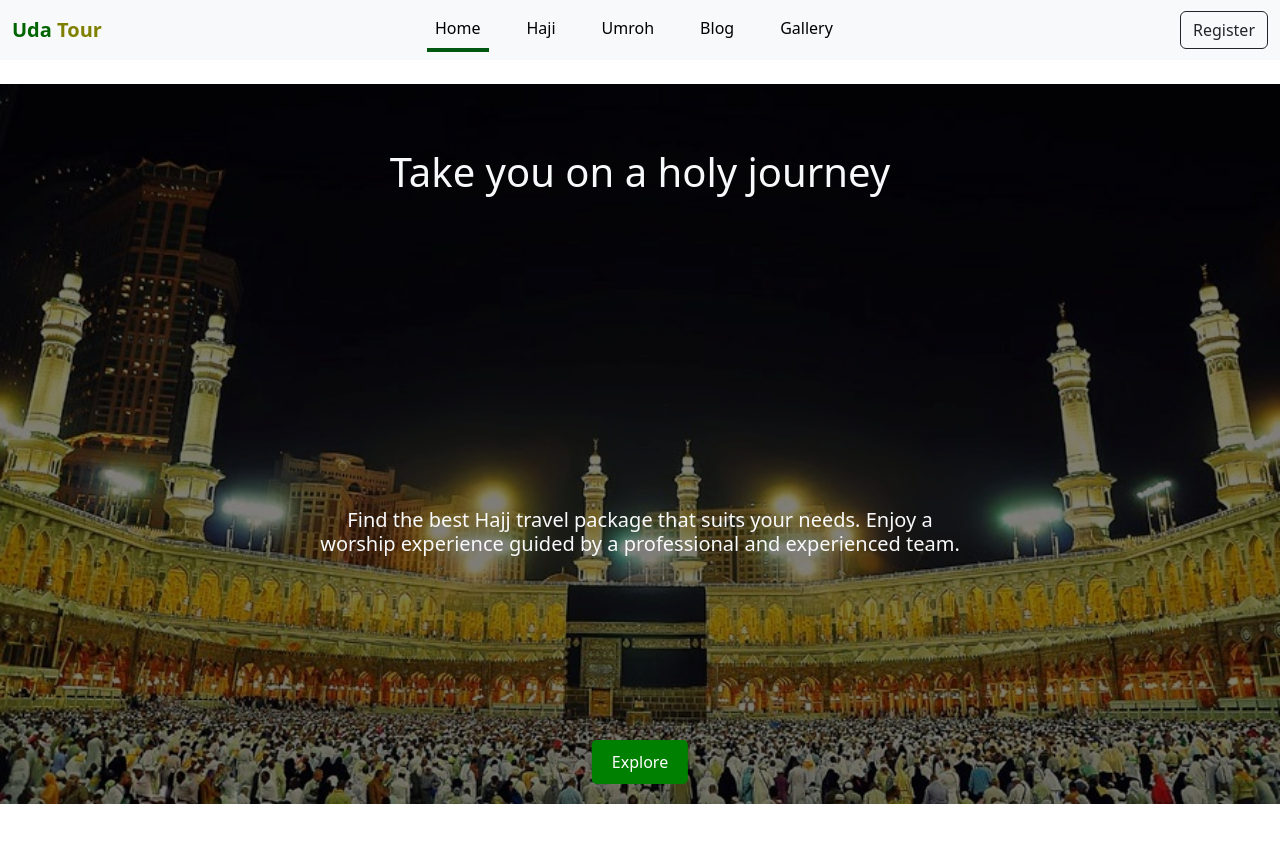
Repository: Putrabobi/Task7
Page: index.html
These files come from the project's save history. The page is drawn as it stood at one moment and after the next save; the edit follows.
The browser window is 1280 px wide. The pictures show the whole page.

Above is the page before, as saved 2024-03-25 11:04:26.

After the next save:
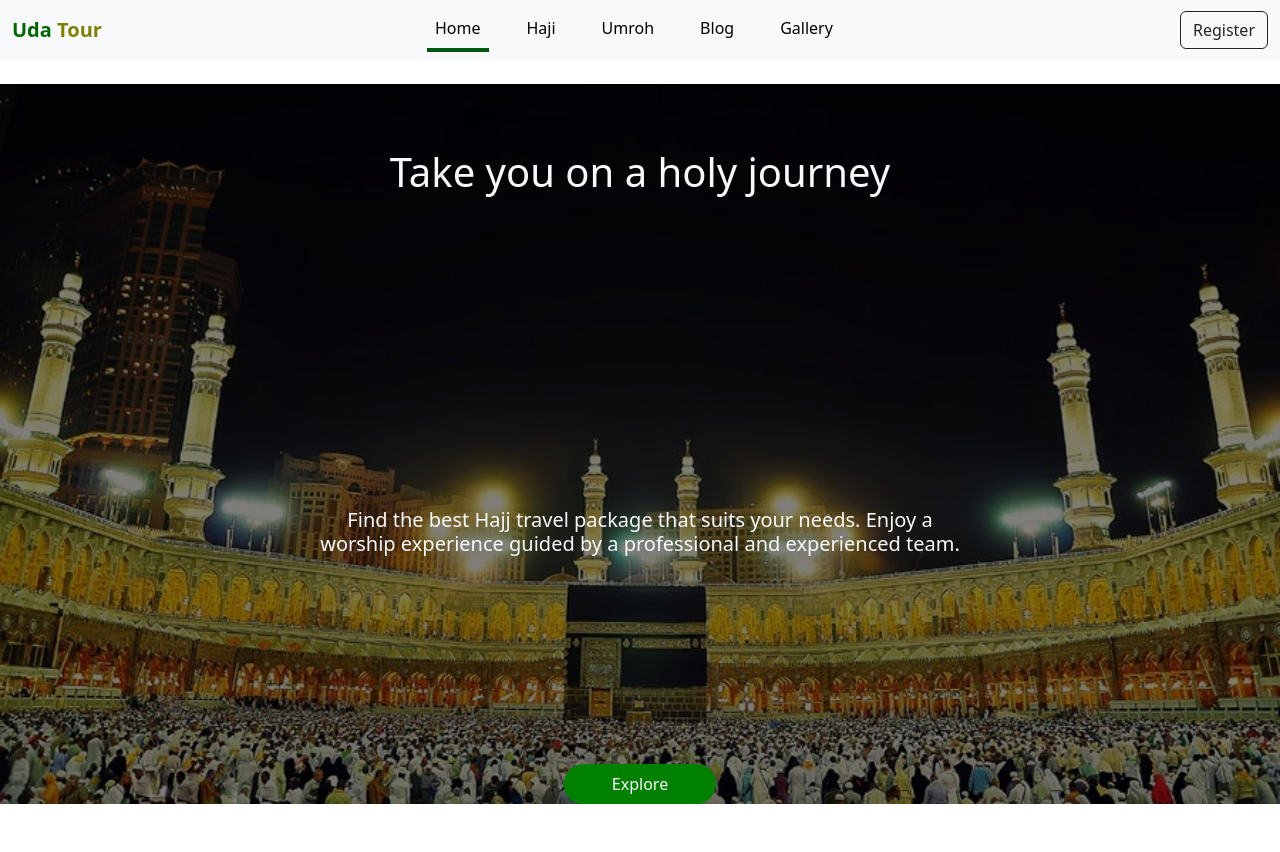
Saved 15 s later.
--- a/index.html
+++ b/index.html
@@ -51,7 +51,7 @@
         <img src="images/mekkah.jpg" style="filter: brightness(50%);" alt="Mekkah" width="100%">
         <h1 class="position-absolute top-0 start-50 translate-middle-x text-light" style="margin-top: 5%;">Take you on a holy journey</h1>
         <h5 class="position-absolute top-50 start-50 translate-middle-x text-light" style="margin-top: 5%;">Find the best Hajj travel package that suits your needs. Enjoy a worship experience guided by a professional and experienced team.</h5>
-        <button type="button" class="" style="position: absolute; bottom: 20px; left: 50%; transform: translateX(-50%); background-color: green; color: white; padding: 10px 20px; border: none; border-radius: 5px; cursor: pointer;">Explore</button>
+        <button type="button" class="btn text-light px-5 py-2 rounded-5 position-absolute bottom-0 start-50 translate-middle-x" style="position: absolute; bottom: 20px; left: 50%; transform: translateX(-50%); background-color: green; color: white; padding: 10px 20px; border: none; border-radius: 5px; cursor: pointer;">Explore</button>
     </div>
 
 

After the 2 saves that followed:
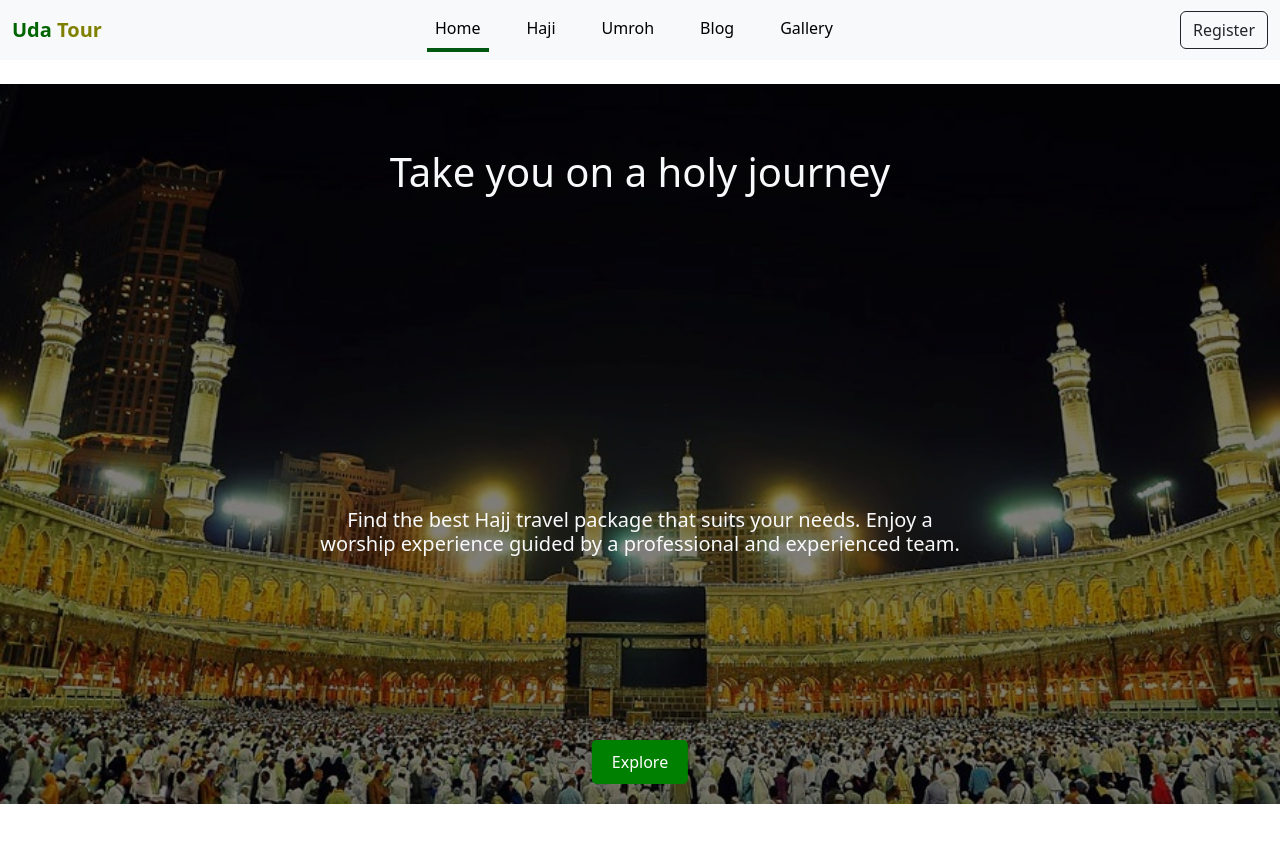
The 2 saves are shown as one change because they came seconds apart.
The last was saved 13 s later.
--- a/index.html
+++ b/index.html
@@ -51,7 +51,7 @@
         <img src="images/mekkah.jpg" style="filter: brightness(50%);" alt="Mekkah" width="100%">
         <h1 class="position-absolute top-0 start-50 translate-middle-x text-light" style="margin-top: 5%;">Take you on a holy journey</h1>
         <h5 class="position-absolute top-50 start-50 translate-middle-x text-light" style="margin-top: 5%;">Find the best Hajj travel package that suits your needs. Enjoy a worship experience guided by a professional and experienced team.</h5>
-        <button type="button" class="btn text-light px-5 py-2 rounded-5 position-absolute bottom-0 start-50 translate-middle-x" style="position: absolute; bottom: 20px; left: 50%; transform: translateX(-50%); background-color: green; color: white; padding: 10px 20px; border: none; border-radius: 5px; cursor: pointer;">Explore</button>
+        <button type="button" style="position: absolute; bottom: 20px; left: 50%; transform: translateX(-50%); background-color: green; color: white; padding: 10px 20px; border: none; border-radius: 5px; cursor: pointer;">Explore</button>
     </div>
 
 
